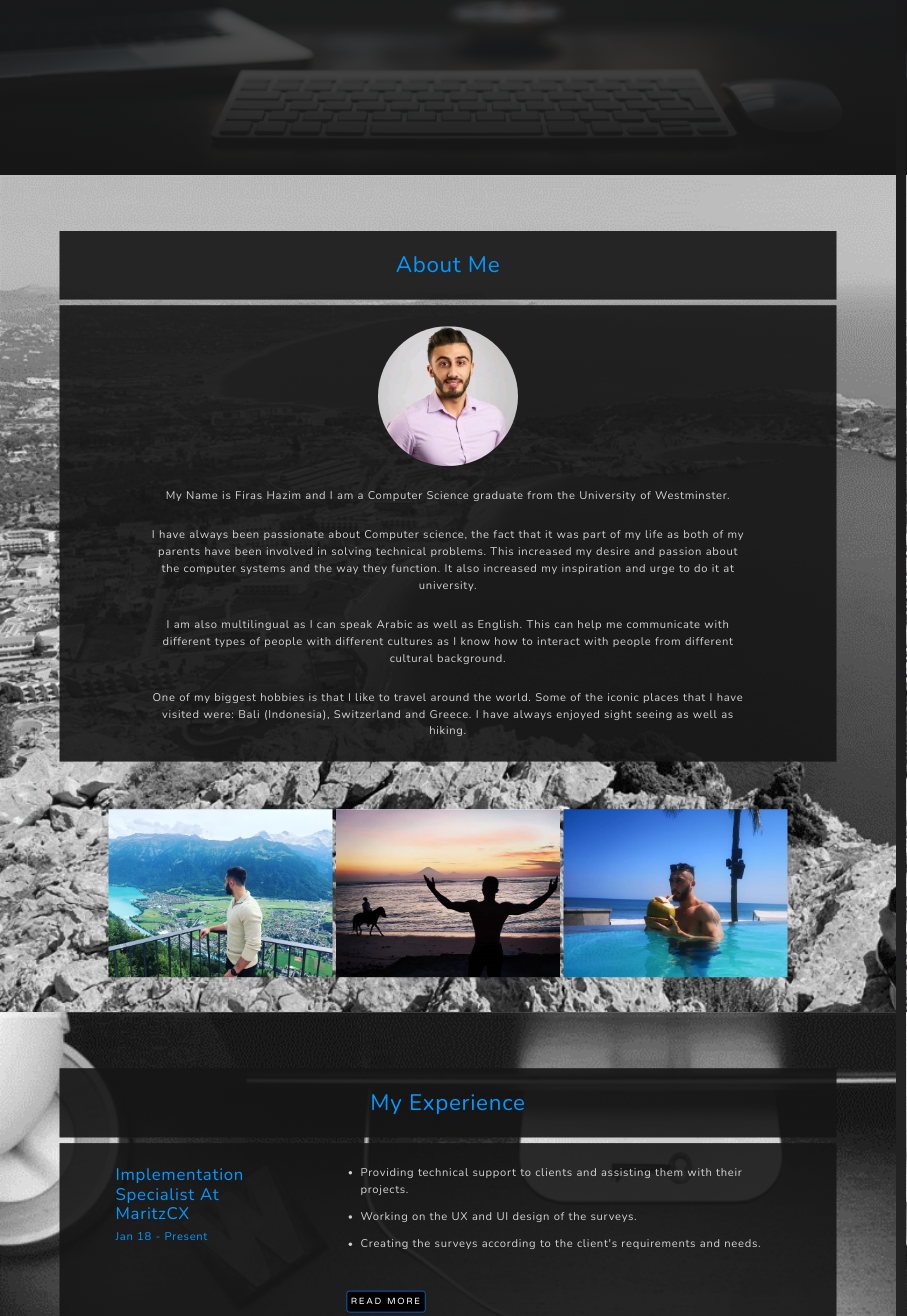
Repository: FirasH94/Firas-Milestone-Project-One
Page: index.html
The author's editor kept a record of every edit. The page is drawn from the files as they stood at one moment, then again after the next edit.
The browser window is 1280 px wide. The page is 1295 px wide, so the pictures cover 1295 px, including what lies to the right of the window. The pictures show the part of the page from y = 470 to 2350 px (the page is 5283 px tall before and 5227 px after), at 70% of full size.

Above is the page before.

After the next edit:
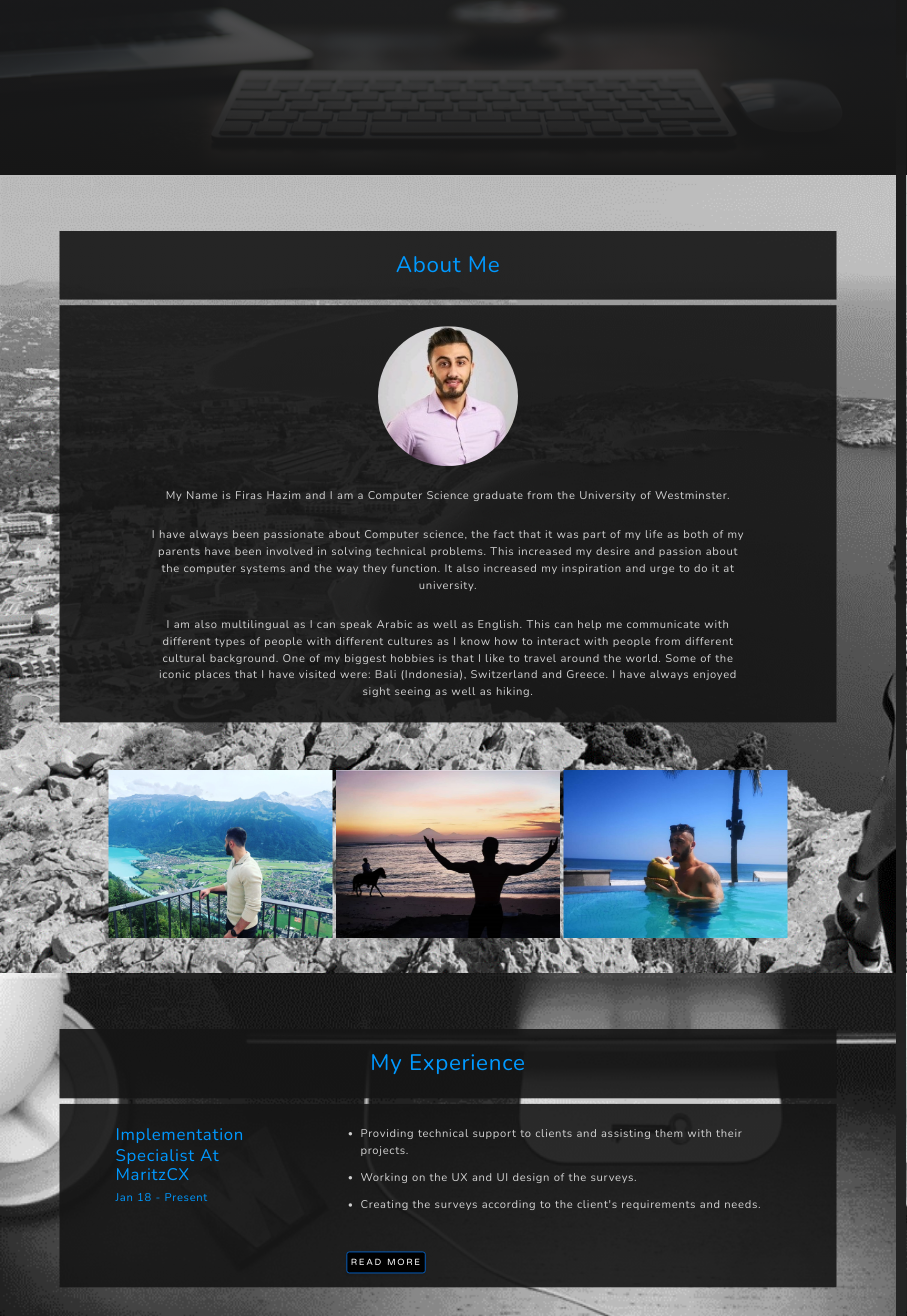
The edit:
--- a/index.html
+++ b/index.html
@@ -79,8 +79,8 @@
 
           <p class="text-white-50">My Name is Firas Hazim and I am a Computer Science graduate from the University of Westminster.</p>
           <p class="text-white-50">I have always been passionate about Computer science, the fact that it was part of my life as both of my parents have been involved in solving technical problems. This increased my desire and passion about the computer systems and the way they function. It also increased my inspiration and urge to do it at university.</p>
-          <p class="text-white-50">I am also multilingual as I can speak Arabic as well as English. This can help me communicate with different types of people with different cultures as I know how to interact with people from different cultural background.</p>
-          <p class="text-white-50">One of my biggest hobbies is that I like to travel around the world. Some of the iconic places that I have visited were: Bali (Indonesia), Switzerland and Greece. I have always enjoyed sight seeing as well as hiking.
+          <p class="text-white-50">I am also multilingual as I can speak Arabic as well as English. This can help me communicate with different types of people with different cultures as I know how to interact with people from different cultural background. One of my biggest hobbies is that I like to travel around the world. Some of the iconic places that I have visited were: Bali (Indonesia), Switzerland and Greece. I have always enjoyed sight seeing as well as hiking.</p>
+
         </div>
 
       </div>
